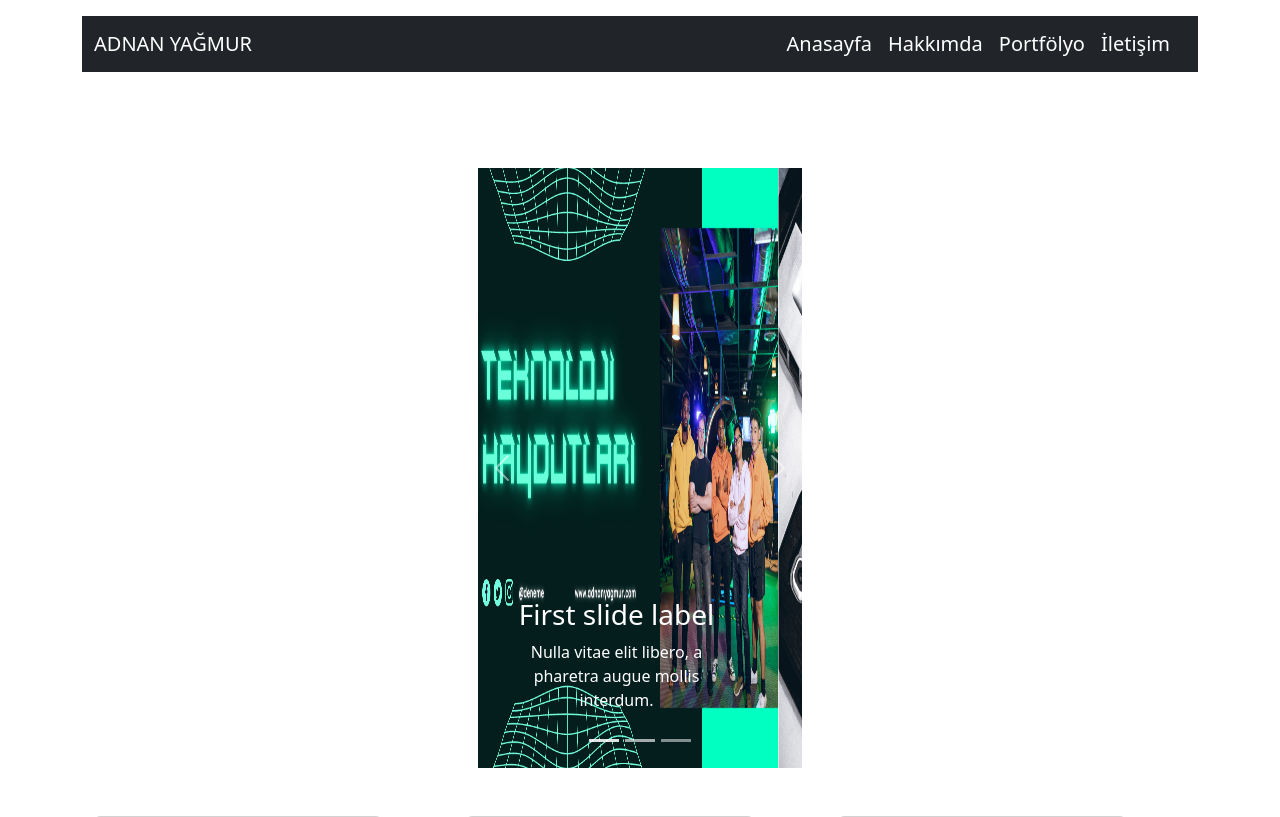
Repository: adnanyagmur/react-bootstrap-example
Page: /
The author's editor kept a copy of each file at every save. The page is drawn from the files as they stood at one save, then again after the next save.
The browser window is 1280 px wide. The pictures show the part of the page from y = 0 to 817 px (the page is 1772 px tall).
Pictures or frames that could not be fetched are drawn as grey boxes. The project was rebuilt for these pictures with package versions that can differ from the ones it lists, and the page was loaded fresh each time.

Above is the page before, as saved 2022-06-29 11:26:18.

### src/index.js
import React from 'react';
import ReactDOM from 'react-dom/client';
import '../node_modules/bootstrap/dist/css/bootstrap.min.css';
import SSRProvider from 'react-bootstrap/SSRProvider';
import App from './App';


const root = ReactDOM.createRoot(document.getElementById('root'));
root.render(
  <React.StrictMode>
  <SSRProvider>
  <App />
</SSRProvider>
  </React.StrictMode>
);

### src/App.js
import { Container } from "react-bootstrap";
import  Appbar  from "./appComponents/Appbar.jsx";
import AppContainer from "./appComponents/AppContainer.jsx";
import Slider from "./appComponents/Slider.jsx";

function App() {

 return (
<Container>


<Appbar></Appbar>

<Slider></Slider>


  <AppContainer></AppContainer>
  </Container>
  );
}

export default App;

### src/appComponents/Appbar.jsx

const Appbar =()=>{

    return(
        <>
  <nav className="navbar navbar-dark bg-dark mb-5 mt-3">
  <div className="container-fluid">
    <a href="/" className="navbar-brand">ADNAN YAĞMUR</a>
    <form className="d-flex" role="search">
    <a href="/" className="navbar-brand">Anasayfa</a>
    <a href="/" className="navbar-brand">Hakkımda</a>
    <a href="/" className="navbar-brand">Portfölyo</a>
    <a href="/" className="navbar-brand">İletişim</a>

    </form>
  </div>
</nav>

</>
    )
}

export default Appbar;

### src/appComponents/AppContainer.jsx
import {Container,Card,Button, Row, Col} from "react-bootstrap"

const AppContainer = () => {

    return (
       <Container>
        <Row>
        <Col sm={8}>

            </Col>
        <Col sm={4}>

        </Col>

        </Row>
        <Row>
            <Col><Card style={{ width: '18rem' }}>

                <Card.Img className="p-3" variant="top" src="https://picsum.photos/200/200" />

                <Card.Body>
                    <Card.Title>Card Title</Card.Title>
                    <Card.Text>
                        Some quick example text to build on the card title and make up the bulk of
                        the card's content.
                    </Card.Text>
                    <Button variant="primary">Go somewhere</Button>
                </Card.Body>
            </Card></Col>
            <Col><Card style={{ width: '18rem' }}>

                <Card.Img className="p-3" variant="top" src="https://picsum.photos/200/200" />

                <Card.Body>
                    <Card.Title>Card Title</Card.Title>
                    <Card.Text>
                        Some quick example text to build on the card title and make up the bulk of
                        the card's content.
                    </Card.Text>
                    <Button variant="primary">Go somewhere</Button>
                </Card.Body>
            </Card></Col>
            <Col><Card style={{ width: '18rem' }}>

                <Card.Img className="p-3" variant="top" src="https://picsum.photos/200/200" />

                <Card.Body>
                    <Card.Title>Card Title</Card.Title>
                    <Card.Text>
                        Some quick example text to build on the card title and make up the bulk of
                        the card's content.
                    </Card.Text>
                    <Button variant="primary">Go somewhere</Button>
                </Card.Body>
            </Card></Col>
            <Col>
            <Card style={{ width: '18rem' }}>

                <Card.Img className="p-3" variant="top" src="https://picsum.photos/200/200" />

                <Card.Body>
                    <Card.Title>Card Title</Card.Title>
                    <Card.Text>
                        Some quick example text to build on the card title and make up the bulk of
                        the card's content.
                    </Card.Text>
                    <Button variant="primary">Go somewhere</Button>
                </Card.Body>
            </Card>
            </Col>
            </Row>
            </Container>


    )
}

export default AppContainer;

### src/appComponents/Slider.jsx
import { Carousel, Col, Container, Row, } from "react-bootstrap"
import Logo1 from "../assets/Logo1.png";
import Logo2 from "../assets/Logo2.png";
import Logo3 from "../assets/Logo3.png";

const Slider = () => {

  return (

  <Container className="p-5">
    <Row>
      <Col></Col>
      <Col>
        <Carousel style={{ maxwidth: "950px" }}>
          <Carousel.Item interval={1000}>
            <img
              className="d-block w-100"
              src={Logo1}
              alt="First slide"
              height="600"
            />
            <Carousel.Caption>
              <h3>First slide label</h3>
              <p>Nulla vitae elit libero, a pharetra augue mollis interdum.</p>
            </Carousel.Caption>
          </Carousel.Item>
          <Carousel.Item interval={1000}>
            <img
              className="d-block w-100"
              src={Logo2}
              alt="Second slide"
              height="600"
            />
            <Carousel.Caption>
              <h3>Second slide label</h3>
              <p>Lorem ipsum dolor sit amet, consectetur adipiscing elit.</p>
            </Carousel.Caption>
          </Carousel.Item>
          <Carousel.Item interval={1000}>
            <img
              className="d-block w-100"
              src={Logo3}
              alt="Third slide"
              height="600"
            />
            <Carousel.Caption>
              <h3>Third slide label</h3>
              <p>Praesent commodo cursus magna, vel scelerisque nisl consectetur.</p>
            </Carousel.Caption>
          </Carousel.Item>
        </Carousel>
      </Col>
      <Col>
      </Col>
    </Row>
  </Container>

  )
}
export default Slider;

Loaded but not shown: public/index.html (common file)

After the next save:
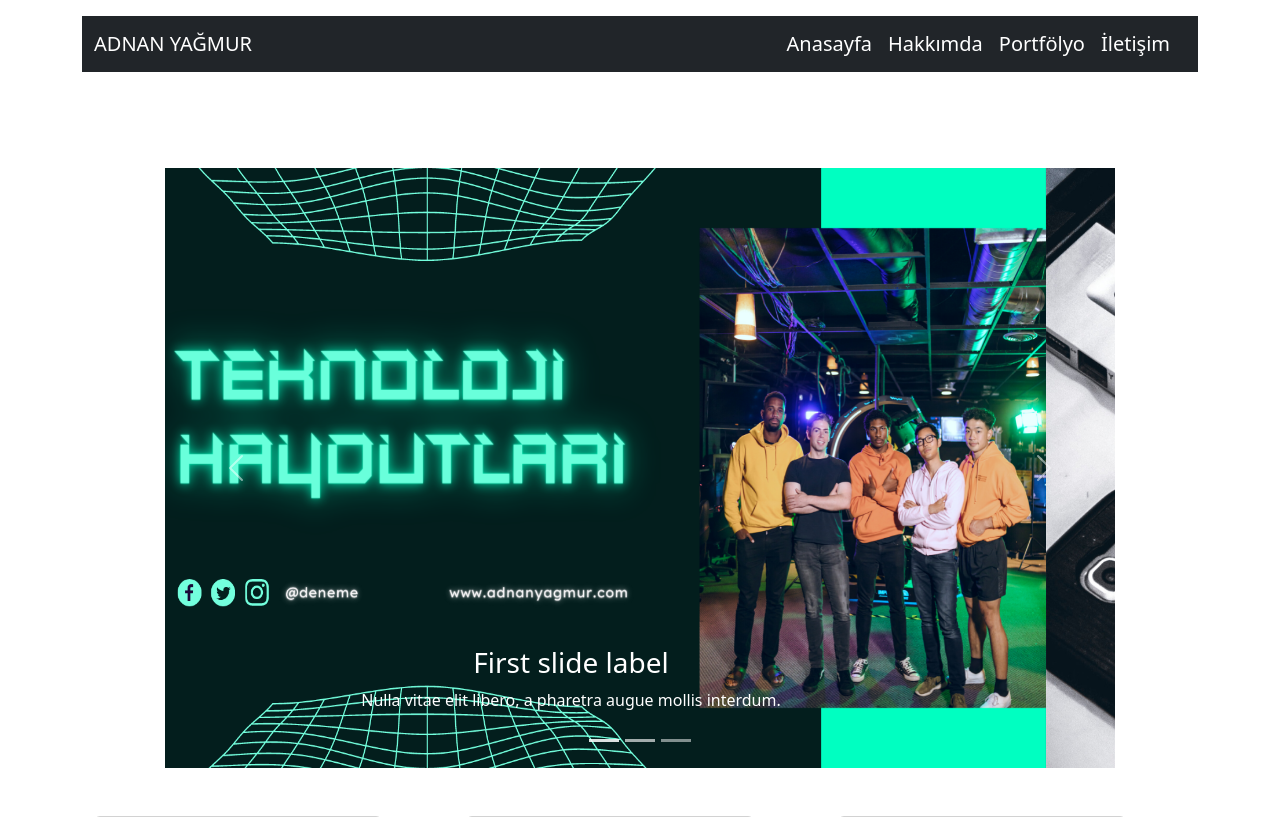
Saved 7 s later.
--- a/src/appComponents/Slider.jsx
+++ b/src/appComponents/Slider.jsx
@@ -11,7 +11,7 @@
     <Row>
       <Col></Col>
       <Col>
-        <Carousel style={{ maxwidth: "950px" }}>
+        <Carousel style={{ width: "950px" }}>
           <Carousel.Item interval={1000}>
             <img
               className="d-block w-100"

After the save that followed:
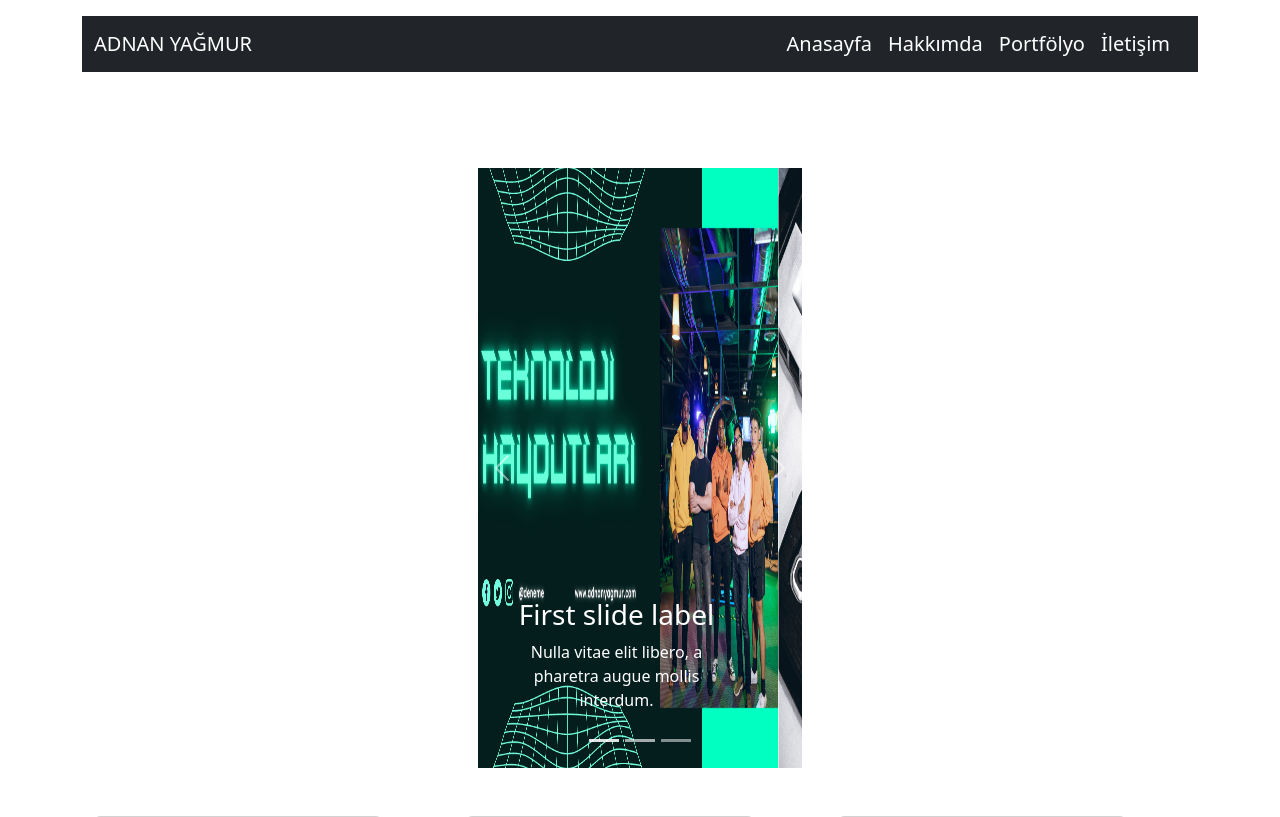
Saved 23 s later.
--- a/src/appComponents/Slider.jsx
+++ b/src/appComponents/Slider.jsx
@@ -11,7 +11,7 @@
     <Row>
       <Col></Col>
       <Col>
-        <Carousel style={{ width: "950px" }}>
+        <Carousel>
           <Carousel.Item interval={1000}>
             <img
               className="d-block w-100"
